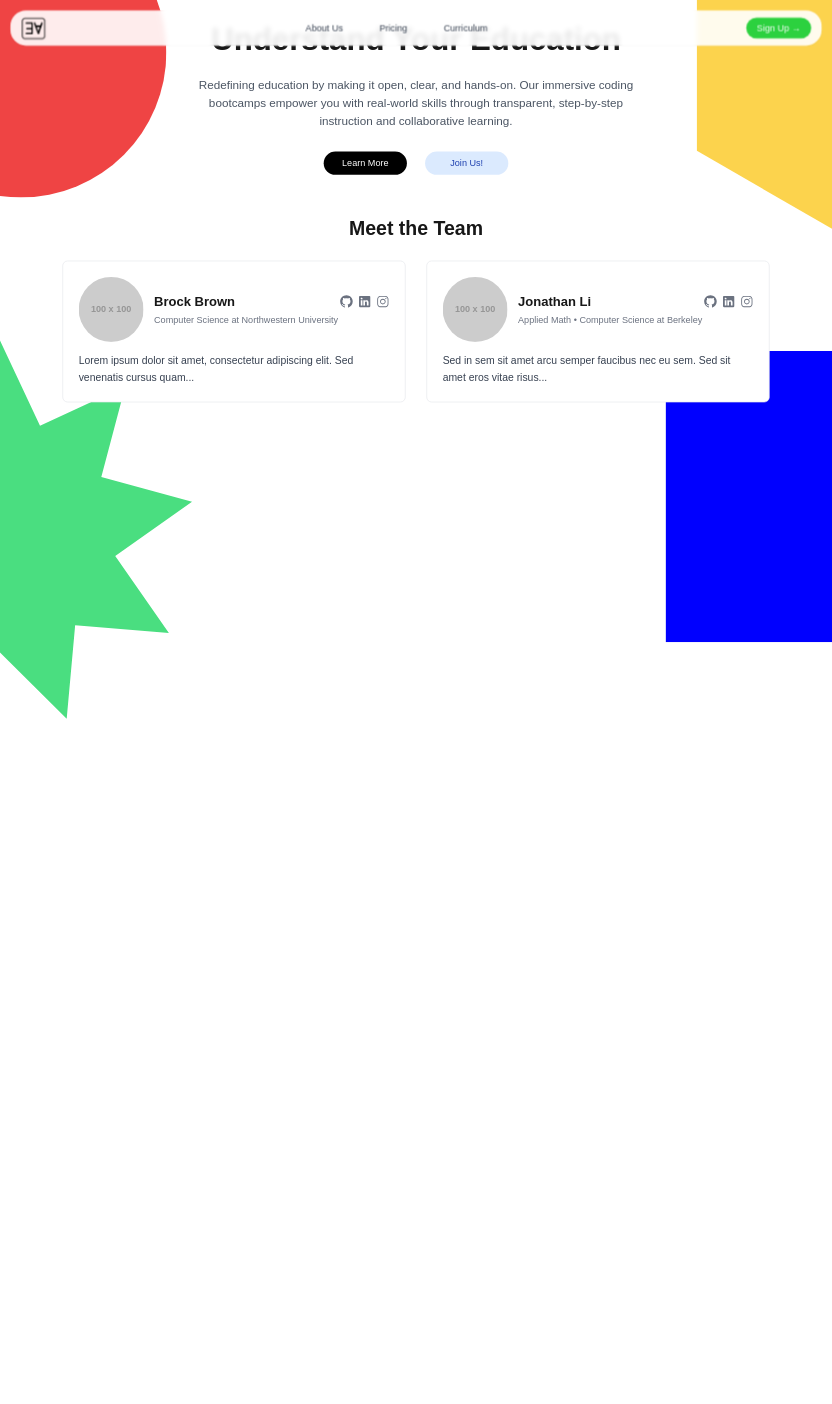
Repository: johnnyli-dev/bootcamp
Page: /
An editor plug-in stored every save of this project. The page is shown before and after the next save, followed by the edit.
The browser window is 1280 px wide. The pictures show the whole page, at 65% of full size.
The project was rebuilt for these pictures with package versions that can differ from the ones it lists, and the page was loaded fresh each time. The framework's server and built-in components were replaced by stand-ins that run in the browser. Also part of the build but not shown: next.config.ts.

Above is the page before, as saved 2025-02-22 14:56:32.

### app/page.tsx
import Image from "next/image";
import Navbar from "./components/Navbar";
import PCard from "./components/PCard";
import {
	GitHubLogoIcon,
	LinkedInLogoIcon,
	InstagramLogoIcon,
} from "@radix-ui/react-icons";

import {
	RedCircle,
	YellowHexagon,
	GreenStar,
	BlueSquare,
} from "./components/Shapes";

export default function Home() {
	return (
		<div className="min-h-screen bg-white relative overflow-hidden">
			{/* Hero Section */}
			<div className="relative h-screen flex items-center justify-center">
				{/* SVG Shapes positioned relative to hero section */}
				<div className="absolute inset-0">
					<RedCircle />
					<YellowHexagon />
					<GreenStar />
					<BlueSquare />
				</div>

				<Navbar />

				{/* Centered Content */}
				<div className="max-w-6xl mx-auto px-4 sm:px-6 lg:px-8 z-10">
					<main className="flex flex-col items-center text-center gap-8">
						<h1 className="text-5xl font-bold">
							Understand Your Education
						</h1>
						<p className="text-lg text-gray-600 max-w-2xl">
							Redefining education by making it open, clear, and
							hands-on. Our immersive coding bootcamps empower you
							with real-world skills through transparent,
							step-by-step instruction and collaborative learning.
						</p>
						<div className="flex gap-7 whitespace-nowrap">
							<a
								href="#learn-more"
								className="bg-black text-white px-6 py-2 rounded-full hover:bg-gray-800 transition-colors w-32 text-center text-sm"
							>
								Learn More
							</a>
							<a
								href="#join"
								className="bg-blue-100 text-blue-800 px-6 py-2 rounded-full hover:bg-blue-200 transition-colors w-32 text-center text-sm"
							>
								Join Us!
							</a>
						</div>
					</main>

					{/* About Us (Meet the Team) Section */}
					<section className="py-16 flex flex-col items-center">
						<h2 className="text-3xl font-bold mb-8">
							Meet the Team
						</h2>

						<div className="flex flex-col md:flex-row gap-8 justify-center">
							<PCard
								name="Brock Brown"
								subtitle="Computer Science at Northwestern University"
								description="Lorem ipsum dolor sit amet, consectetur adipiscing elit. Sed venenatis cursus quam..."
								profileImage="https://placehold.co/100.png"
                                socialLinks={[
                                    {
                                        icon: <GitHubLogoIcon width={20} height={20} />,
                                        url: "https://github.com/bbrockbrown",
                                    },
                                    {
                                        icon: <LinkedInLogoIcon width={20} height={20} />,
                                        url: "https://www.linkedin.com/in/brock-brown-058216221/",
                                    },
                                    {
                                        icon: <InstagramLogoIcon width={20} height={20} />,
                                        url: "https://www.instagram.com/bbrockbrown/",
                                    },
                                ]}
							/>

							<PCard
								name="Jonathan Li"
								subtitle="Applied Math • Computer Science at Berkeley"
								description="Sed in sem sit amet arcu semper faucibus nec eu sem. Sed sit amet eros vitae risus..."
								profileImage="https://placehold.co/100.png"
                                socialLinks={[
                                    {
                                        icon: <GitHubLogoIcon width={20} height={20} />,
                                        url: "https://github.com/johnnyli-dev",
                                    },
                                    {
                                        icon: <LinkedInLogoIcon width={20} height={20} />,
                                        url: "https://www.linkedin.com/in/johnny-li-390841220/",
                                    },
                                    {
                                        icon: <InstagramLogoIcon width={20} height={20} />,
                                        url: "https://www.instagram.com/johnny.lii/",
                                    },
                                ]}
							/>
						</div>
					</section>
				</div>
			</div>

			{/* Additional content sections */}
			<div className="h-screen" />
			<div className="h-screen" />
		</div>
	);
}

### app/globals.css
@tailwind base;
@tailwind components;
@tailwind utilities;

:root {
	--background: #ffffff;
	--foreground: #171717;
}

@media (prefers-color-scheme: dark) {
	:root {
		--background: #ffffff;
		--foreground: #171717;
	}
}

body {
	color: var(--foreground);
	background: var(--background);
	font-family: "Poppins", sans-serif;
	overflow-x: hidden;
}

.geometric-shape {
	position: absolute;
	width: 300px;
	height: 300px;
	border-radius: 50%;
}

### app/components/Navbar.tsx
import Link from "next/link";
import Image from "next/image";

export default function Navbar() {
	return (
		<div className="fixed top-4 left-4 right-4 z-50">
			<nav className="bg-white/90 backdrop-blur-sm rounded-3xl p-1 shadow-sm">
				<div className="max-w-7xl mx-auto">
					<div className="flex items-center justify-between">
						<div className="flex-shrink-0 px-2">
							<Link href="/" className="flex items-center gap-2">
								<Image
									src="/logo.png"
									alt="CodeCamp Logo"
									width={48}
									height={48}
									className="object-contain"
								/>
							</Link>
						</div>

						{/* Center navigation items */}
						<div className="flex-1 flex justify-center">
							<div className="hidden sm:flex space-x-8 items-center">
								<Link
									href="/about-us"
									className="text-gray-700 hover:text-gray-900 px-3 py-2 text-sm"
								>
									About Us
								</Link>
								<Link
									href="/pricing"
									className="text-gray-700 hover:text-gray-900 px-3 py-2 text-sm"
								>
									Pricing
								</Link>
								<Link
									href="/curriculum"
									className="text-gray-700 hover:text-gray-900 px-3 py-2 text-sm"
								>
									Curriculum
								</Link>
							</div>
						</div>

						{/* Sign Up button */}
						<div className="flex-shrink-0 px-3">
							<Link
								href="/sign-up"
								className="bg-[#2cd13f] text-white px-4 py-2 rounded-full text-sm hover:bg-[#8BBBCF] transition-colors"
							>
								Sign Up →
							</Link>
						</div>
					</div>
				</div>
			</nav>
		</div>
	);
}

### app/components/PCard.tsx
"use client";
import Image from "next/image";
import { JSX } from "react";

interface SocialLink {
	icon: JSX.Element;
	url: string;
}

interface PCardProps {
	name: string;
	subtitle: string;
	description: string;
	profileImage: string;
	socialLinks: SocialLink[];
}

export default function PCard({
	name,
	subtitle,
	description,
	profileImage,
	socialLinks,
}: PCardProps) {
	return (
		<div className="border border-gray-200 rounded-lg p-6 w-full max-w-xl bg-white">
			{/* Top row: Profile image + Name & Socials */}
			<div className="flex items-center">
				<Image
					src={profileImage}
					alt={name}
					width={100}
					height={100}
					className="rounded-full object-cover mr-4"
				/>
				<div className="flex-1">
					<div className="flex items-center justify-between">
						<h3 className="text-xl font-bold">{name}</h3>
						<div className="flex space-x-2">
							{socialLinks.map((link, index) => (
								<a
									key={index}
									href={link.url}
									target="_blank"
									rel="noopener noreferrer"
									className="text-gray-500 hover:text-gray-700"
								>
									{link.icon}
								</a>
							))}
						</div>
					</div>
					<p className="text-gray-500 text-sm mt-1">{subtitle}</p>
				</div>
			</div>
			{/* Description */}
			<p className="mt-4 text-gray-700 leading-relaxed">{description}</p>
		</div>
	);
}

### app/components/Shapes.tsx
"use client";
import { useScrollRotation } from "../hooks/useScrollRotation";

export function RedCircle() {
	const rotation = useScrollRotation();
	return (
		<svg
			className="absolute top-[-20%] left-[-15%] -translate-x-1/2 -translate-y-1/2 w-[35vw] h-[35vw] transition-transform duration-100"
			viewBox="0 0 256 256"
			style={{ transform: `rotate(${rotation}deg)` }}
		>
			<circle cx="128" cy="128" r="128" fill="#EF4444" />
		</svg>
	);
}

export function YellowHexagon() {
	const rotation = useScrollRotation();
	return (
		<svg
			className="absolute top-[-20%] right-[-20%] translate-x-1/2 -translate-y-1/2 w-[40vw] h-[40vw] transition-transform duration-100"
			viewBox="0 0 256 256"
			style={{ transform: `rotate(${-rotation}deg)` }}
		>
			<polygon
				points="128,8 231.92,68 231.92,188 128,248 24.08,188 24.08,68"
				fill="#FCD34D"
			/>
		</svg>
	);
}

export function GreenStar() {
	const rotation = useScrollRotation();
	return (
		<svg
			className="absolute top-[70%] left-[-25%] -translate-x-1/2 -translate-y-1/2 w-[50vw] h-[50vw] transition-transform duration-100"
			viewBox="0 0 256 256"
			style={{ transform: `rotate(${rotation * 0.5}deg)` }}
		>
			<polygon
				points="
          128,8
          152.62,60.34
          205.13,36.08
          190.35,92
          246.18,107.16
          198.91,140.52
          231.92,188
          174.25,183.16
          169.04,240.76
          128,200
          86.96,240.76
          81.75,183.16
          24.08,188
          57.09,140.52
          9.82,107.16
          65.65,92
          50.87,36.08
          103.38,60.34
        "
				fill="#4ADE80"
			/>
		</svg>
	);
}

export function BlueSquare() {
	const rotation = useScrollRotation();
	return (
		<svg
			className="absolute top-[75%] left-[80%] -translate-x-1/2 -translate-y-1/2 w-[35vw] transition-transform h-[35vw] duration-100"
			viewBox="0 0 256 256"
			style={{ transform: `rotate(${rotation * 1.5}deg)` }}
		>
			<rect x="0" y="0" width="256" height="256" fill="blue" />
		</svg>
	);
}

### app/hooks/useScrollRotation.ts
import { useState, useEffect } from "react";

export function useScrollRotation() {
	const [rotation, setRotation] = useState(0);

	useEffect(() => {
		const handleScroll = () => {
			const scrolled = window.scrollY;
			setRotation(scrolled * 0.1); // Adjust this multiplier to control rotation speed
		};

		window.addEventListener("scroll", handleScroll);
		return () => window.removeEventListener("scroll", handleScroll);
	}, []);

	return rotation;
}

Loaded but not shown: app/layout.tsx (common file); tailwind.config.ts (common file)

After the next save:
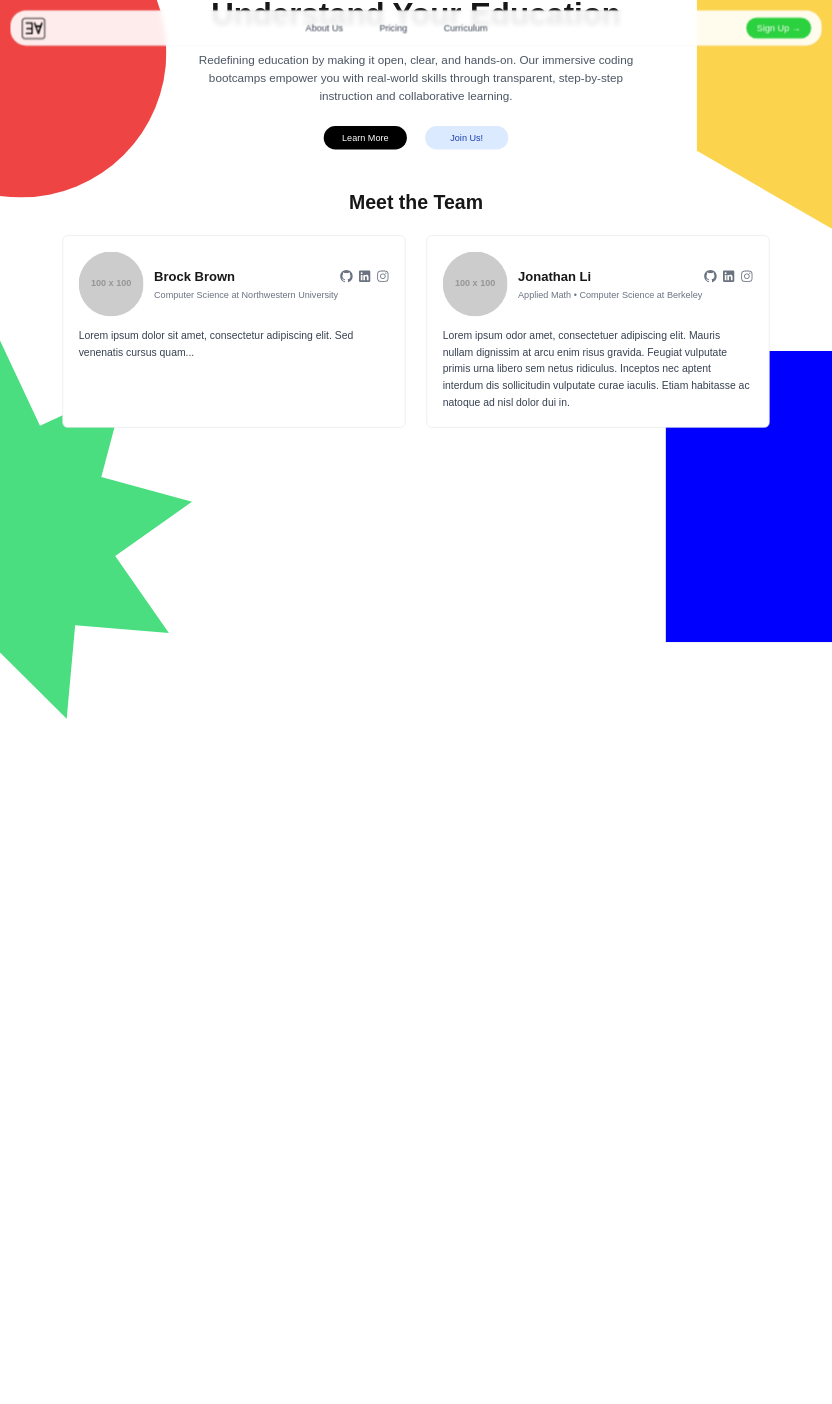
Saved 71 s later.
--- a/app/page.tsx
+++ b/app/page.tsx
@@ -88,7 +88,7 @@ export default function Home() {
 							<PCard
 								name="Jonathan Li"
 								subtitle="Applied Math • Computer Science at Berkeley"
-								description="Sed in sem sit amet arcu semper faucibus nec eu sem. Sed sit amet eros vitae risus..."
+								description="Lorem ipsum odor amet, consectetuer adipiscing elit. Mauris nullam dignissim at arcu enim risus gravida. Feugiat vulputate primis urna libero sem netus ridiculus. Inceptos nec aptent interdum dis sollicitudin vulputate curae iaculis. Etiam habitasse ac natoque ad nisl dolor dui in."
 								profileImage="https://placehold.co/100.png"
                                 socialLinks={[
                                     {
